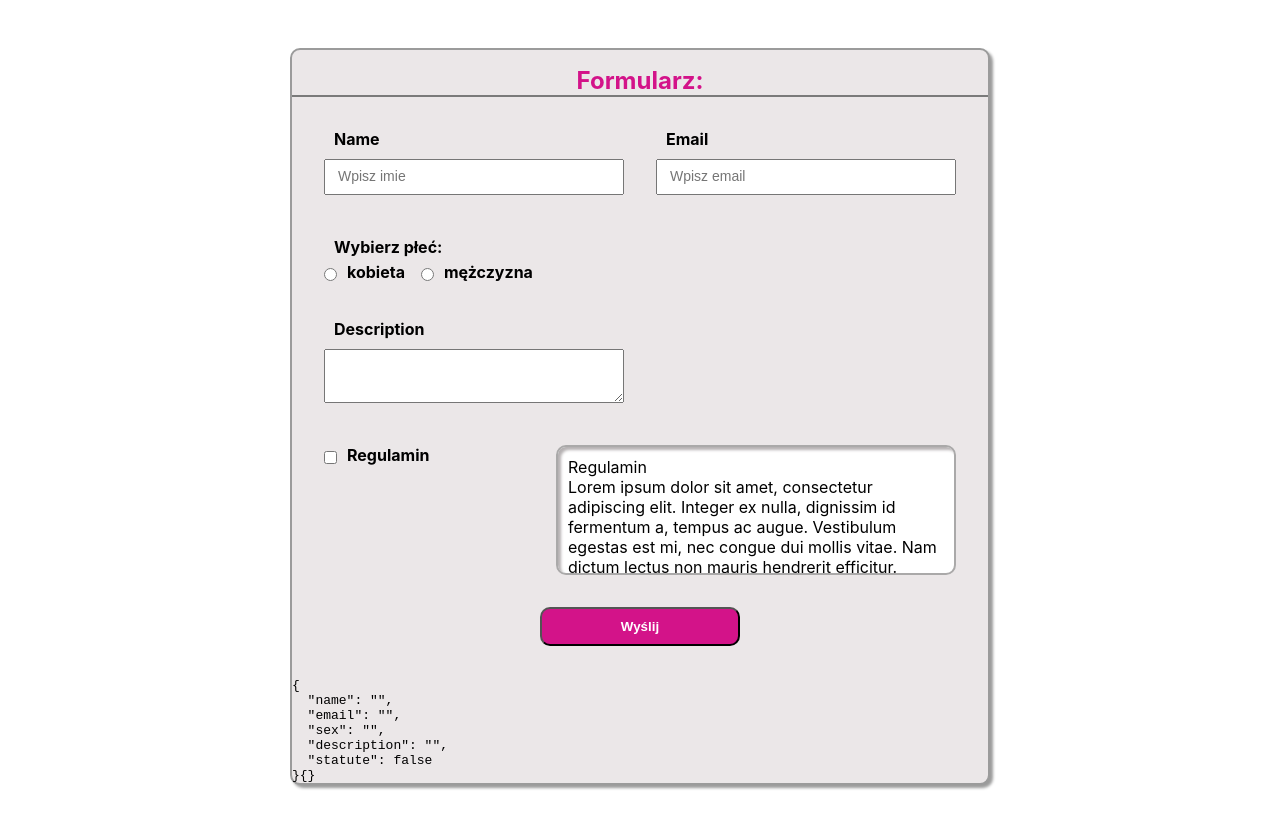
Repository: KrzysKolo/sr_tydzien4_zad3
Page: /
These files come from the project's save history. The page is drawn as it stood at one moment and after the next save; the edit follows.
The browser window is 1280 px wide. The pictures show the whole page.
The project was rebuilt for these pictures with package versions that can differ from the ones it lists, and the page was loaded fresh each time. Also part of the build but not shown: src/components/FormComponents/TextError.js.

Above is the page before, as saved 2020-11-19 14:27:41.

### src/App.js
import React from 'react';
import './App.css';
import FormikContainer from './components/Formik/FormikContainer';
import Header from './components/Header';
const App = () => {
  return (
    <main className="App">
      <Header />
      <FormikContainer />
    </main>
   );
}

export default App;

### src/App.css
* {
  margin: 0;
  padding: 0;
  box-sizing: border-box;
}
.App {
  margin: 3rem auto;
  width: 700px;
  background-color: rgb(235, 231, 232);
  border: 2px solid rgb(155, 155, 155);
  border-radius: 10px;
  box-shadow: 3px 3px 3px rgb(155, 155, 155);
}
.section {
  display: flex;
  flex-direction: row;
  margin: 2rem 2rem;
  justify-content: space-between;
}
label {
  font-weight: bold;
  display: flex;
  margin-bottom: 5px;
  margin-left: 10px;
}
input[type="text"],
input[type="email"],
textarea {
  display: block;
  width: 300px;
  padding: 6px 12px;
  font-size: 14px;
  line-height: 1.4285;
  color: #555;
  margin: 10px 0;
}
.error {
  color: red;
}
.row {
  display: flex;
  flex-direction: row;
  align-items: center;
  margin-right: 1rem;
}
.statute {
  border: 2px solid rgb(170, 169, 169);
  border-radius: 10px;
  box-shadow: inset 3px 3px 3px rgb(181, 177, 178);
  background: #ffffff;
  height: 130px;
  width: 400px;
  padding: 10px;
  overflow: auto;
}
.btn-send {
  background-color: rgba(211, 19, 137, 1);
  border-radius: 10px;
  color: white;
  cursor: pointer;
  font-weight: bold;
  margin: 0 auto;
  padding: 10px;
  width: 200px;
  transition: all 0.3s ease-in-out;
}
.btn-send:hover {
  background-color: rgba(211, 19, 137, 0.5);
}
.header {
  color: rgba(211, 19, 137, 1);
  margin: 1rem auto;
  text-align: center;
  font-weight: bold;
  border-bottom: 2px solid #7a7a7a;
}

### src/components/Formik/FormikContainer.js
import React from 'react';
import { Formik, Form } from 'formik';
import * as yup from 'yup';
import FormikControl from './FormikControl';
import RadioOptions from './../../data/RadioOptions';

const FormikContainer = () => {
    const initialValues = {
        name: '',
        email: '',
        sex: '',
        description: '',
        statute: false,
    }

    const validationSchema = yup.object({
        name: yup.string().required("Imię jest obowiązkowe!").min(2,"Twóje imię musi mieć więcej niż 2 znaki!").max(30,'Twoje imię może mieć maxymalnie 30 znaków!'),
        email: yup.string().required("Email jest wymagany!").email("Adres zawiera błędy"),
        sex: yup.string().required('Zaznacz jedną wartość!'),
        description: yup.string().required('Wpisz kilka słów!').min(2, "Wpisz co najmniej 2 znaki").max(100, "Możesz wpisać max. 250 znaków"),
        statute: yup.boolean().required().oneOf([true], 'Musisz zaznaczyć regulamin!'),
    });

    const onSubmit = values => {console.log('Form data: ', values)};
    return (
        <Formik
            initialValues={initialValues}
            validationSchema={validationSchema}
            onSubmit={onSubmit}
        >
            { ({formik, values, errors}) => (
                <Form className="form-wrapper">
                    <section className="section">
                        <FormikControl control='input' type='text' label='Name' name='name' placeholder="Wpisz imie"/>
                        <FormikControl control='input' type='email' label='Email' name='email' placeholder="Wpisz email"/>
                    </section>
                    <section className="section">
                        <FormikControl control='radio' label='Wybierz płeć: ' name='sex' options={RadioOptions}/>
                    </section>
                    <section className="section">
                        <FormikControl control='textarea' label='Description' name='description'/>
                    </section>
                    <section className="section">
                        <FormikControl control='checkbox' label='Regulamin' name='statute'/>
                        <div className="statute">
                            Regulamin<br/>
                            <p>Lorem ipsum dolor sit amet, consectetur adipiscing elit. Integer ex nulla, dignissim id fermentum a, tempus ac augue. Vestibulum egestas est mi, nec congue dui mollis vitae. Nam dictum lectus non mauris hendrerit efficitur. Donec imperdiet nec nibh et interdum. Fusce ornare consequat sapien. Pellentesque rhoncus tempor vulputate. Aliquam eu diam laoreet, tincidunt nulla ut, dignissim turpis. Aliquam est ante, luctus sed felis et, iaculis sollicitudin tellus. Cras congue tincidunt viverra. Sed vestibulum faucibus lacus, eu dictum lorem porta id. Praesent a placerat ligula. Vestibulum faucibus ornare erat, id elementum est vehicula eu. Nunc pulvinar dolor lacus. Vestibulum dapibus efficitur orci, ac rhoncus augue auctor ut.</p>
                        </div>
                    </section>
                    <section className="section">
                         <button className="btn-send" type="submit">Wyślij</button>
                    </section>
                    <pre>
                        {JSON.stringify(values, null, 2)}
                        {JSON.stringify(errors, null, 2)}

                    </pre>

                </Form>
            )

            }

        </Formik>
    )
}
export default FormikContainer;

### src/components/Header.js
import React from 'react';
const Header = () => {
    return (
        <section className="header">
            <h2>Formularz: </h2>
        </section>
     );
}

export default Header;

### src/components/Formik/FormikControl.js
import { Input, Radio, Checkbox, TextArea } from './../FormComponents/';


const FormikControl = (props) => {
    const { control, ...rest } = props;
    switch(control) {
        case 'input': return <Input {...rest} />
        case 'radio': return <Radio {...rest} />
        case 'textarea': return <TextArea {...rest} />
        case 'checkbox': return <Checkbox {...rest} />
        default: return null
    }
}

export default FormikControl;

### src/data/RadioOptions.js
const RadioOptions=[
    { id: 0, value: "kobieta", label: 'kobieta' },
    { id: 1, value: "mężczyzna", label: 'mężczyzna' },
   ];
export default RadioOptions;

### src/components/FormComponents/index.js
export { default as Input } from "./Input";
export { default as Radio } from "./Radio";
export { default as Checkbox } from "./Checkbox";
export { default as TextArea } from "./TextArea";

### src/components/FormComponents/Input.js
import React from 'react';
import{ Field, ErrorMessage } from 'formik';
import TextError from './TextError';

const Input = (props) => {
    const { label, name, ...rest } = props;
    return (
        <div className="form-control">
             <label htmlFor={name}>{label}</label>
            <Field id={name} name={name} {...rest} />
            <ErrorMessage name={name} component={TextError} />
        </div>
     );
}

export default Input;

### src/components/FormComponents/Radio.js
import React from 'react';
import{ Field, ErrorMessage } from 'formik';
import TextError from './TextError';

const Radio = (props) => {
    const { label, name, options, ...rest } = props;
    return (
        <div className="form-control">
            <label htmlFor={name}>{label}</label>
            <div className="row">
                <Field name={name} {...rest}>
                    {
                    ({ field }) => {
                        return options.map(option => {
                            return (
                                <div className="row" key={option.id} >
                                    <input type='radio' id={option.id} {...field} value={option.value} checked={field.value === option.value}/>
                                    <label htmlFor={option.id}>{option.label}</label>
                                </div>
                            )
                        })
                    }
                    }
                </Field>
            </div>
            <ErrorMessage name={name} component={TextError} />
        </div>
     );
}

export default Radio;

### src/components/FormComponents/Checkbox.js
import React from 'react';
import{ Field, ErrorMessage } from 'formik';
import TextError from './TextError';

const Checkbox = (props) => {
    const { label, name, ...rest } = props;
    return (
        <div className="form-control">
            <div className="row">
                <Field type='checkbox' id={name} name="statute" {...rest}/>
                <label htmlFor={name}>{label}</label>
            </div>
            <ErrorMessage name={name} component={TextError} />
        </div>
     );
}

export default Checkbox;

### src/components/FormComponents/TextArea.js
import React from 'react';
import{ Field, ErrorMessage } from 'formik';
import TextError from './TextError';

const TextArea = (props) => {
    const { label, name, ...rest } = props;
    return (
        <div className="form-control">
            <label htmlFor={name}>{label}</label>
            <Field as ='textarea' id={name} name={name} {...rest} />
            <ErrorMessage name={name} component={TextError} />
        </div>
     );
}

export default TextArea;

Loaded but not shown: public/index.html (common file); src/index.js (common file); src/index.css (common file)

After the next save:
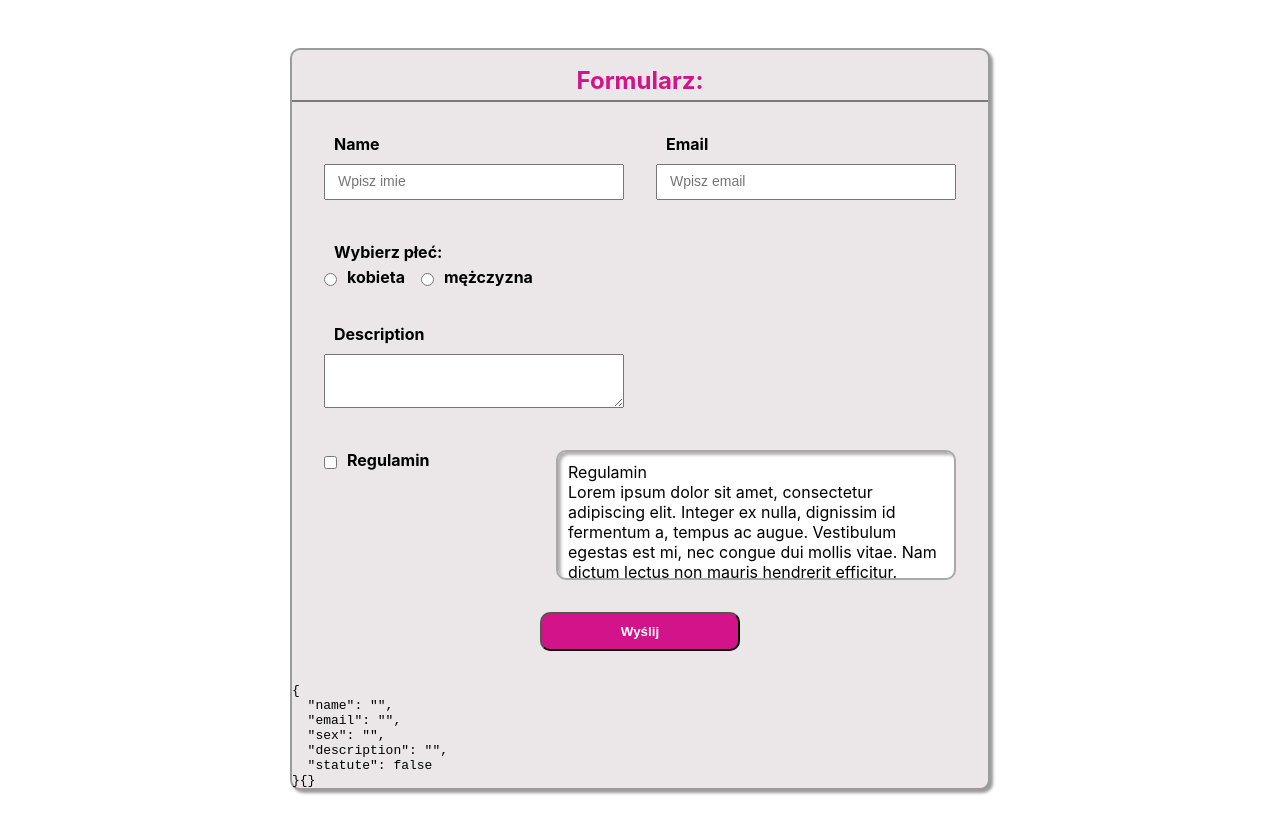
Saved 23 s later.
--- a/src/App.css
+++ b/src/App.css
@@ -73,4 +73,5 @@ textarea {
   text-align: center;
   font-weight: bold;
   border-bottom: 2px solid #7a7a7a;
+  padding-bottom: 5px;
 }
